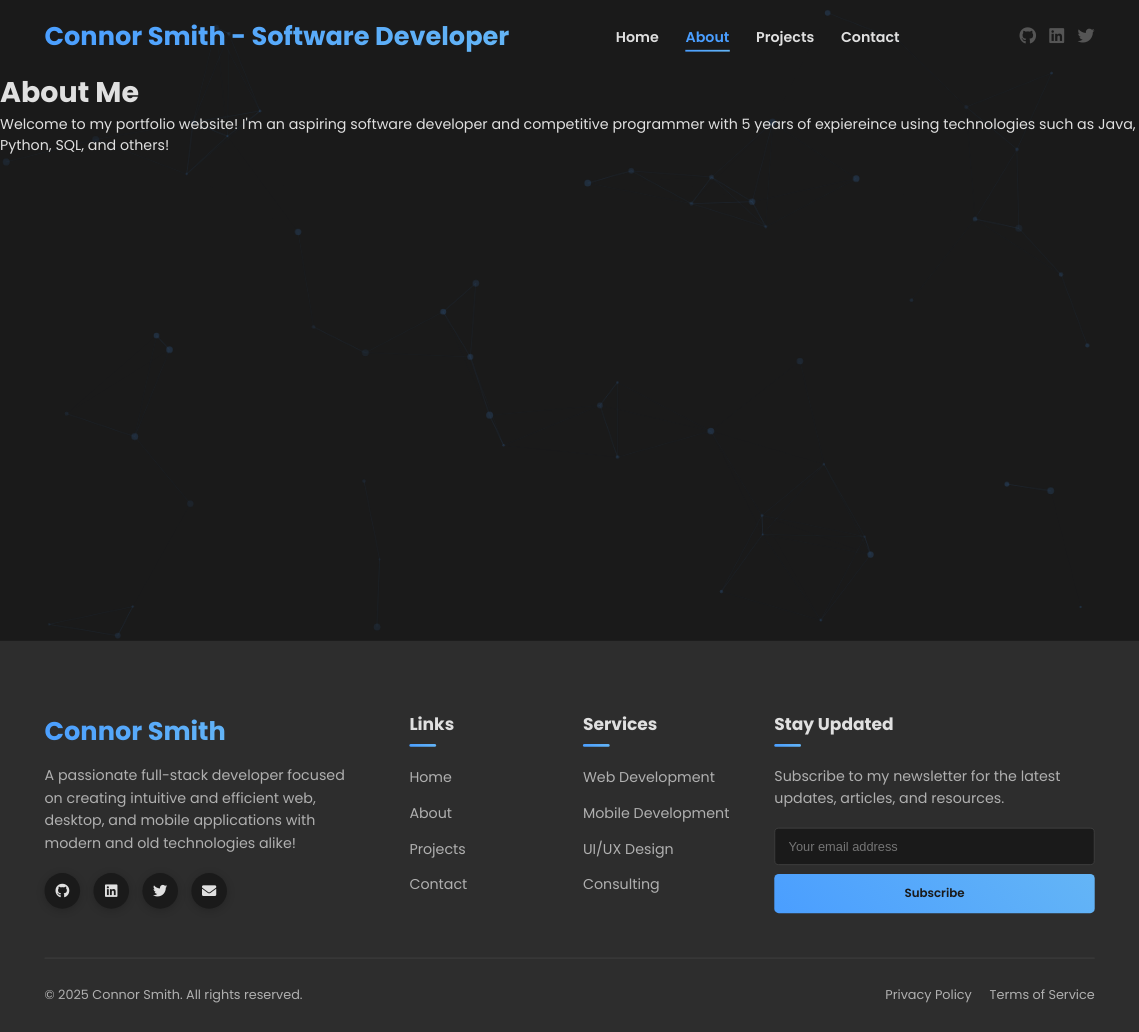
Repository: connorGS9/portfolio-website
Page: /about
These files come from the project's save history. The page is drawn as it stood at one moment and after the next save; the edit follows.
The browser window is 1280 px wide. The pictures show the whole page, at 89% of full size.
The project was rebuilt for these pictures with package versions that can differ from the ones it lists, and the page was loaded fresh each time. Also part of the build but not shown: src/styles/Home.css, src/pages/Home.jsx, src/pages/Projects.jsx, src/pages/Contact.jsx.

Above is the page before, as saved 2025-05-28 22:33:56.

### public/index.html
<!DOCTYPE html>
<html lang="en">
<head>
  <meta charset="UTF-8" />
  <meta name="viewport" content="width=device-width, initial-scale=1.0" />
  <meta name="description" content="Connor's personal portfolio website showcasing projects and development skills" />
  <title>Connor Smith | Portfolio</title>

  <!-- Font Awesome -->
  <link rel="stylesheet" href="https://cdnjs.cloudflare.com/ajax/libs/font-awesome/5.15.4/css/all.min.css" />

  <!-- Google Fonts -->
  <link rel="preconnect" href="https://fonts.googleapis.com">
  <link rel="preconnect" href="https://fonts.gstatic.com" crossorigin>
  <link href="https://fonts.googleapis.com/css2?family=Poppins:wght@300;400;500;600;700&display=swap" rel="stylesheet">
</head>
<body>
  <noscript>You need to enable JavaScript to run this app.</noscript>
  <div id="root"></div>
</body>
</html>

### src/app.jsx
import React, { useState, useEffect } from 'react';
import { BrowserRouter as Router, Routes, Route } from 'react-router-dom';
import Navbar from './components/Navbar';
import Home from './pages/Home';
import About from './pages/About';
import Projects from './pages/Projects';
import Contact from './pages/Contact';
import Footer from './components/Footer';
import AnimatedCursor from './components/AnimatedCursor';
import BackgroundAnimation from './components/BackgroundAnimation';
import './styles/App.css';

function App() {
  const [isLoading, setIsLoading] = useState(true);

  useEffect(() => {
    // Simulate loading time
    setTimeout(() => {
      setIsLoading(false);
    }, 1500);
  }, []);

  return (
    <Router>
      <div className="app">
        {isLoading ? (
          <div className="loader">
            <div className="loader-content">
              <div className="loader-circle"></div>
              <h2>Loading...</h2>
            </div>
          </div>
        ) : (
          <>
            <AnimatedCursor />
            <BackgroundAnimation />
            <Navbar />
            <main>
              <Routes>
                <Route path="/" element={<Home />} />
                <Route path="/about" element={<About />} />
                <Route path="/projects" element={<Projects />} />
                <Route path="/contact" element={<Contact />} />
              </Routes>
            </main>
            <Footer />
          </>
        )}
      </div>
    </Router>
  );
}

export default App;

### src/components/Navbar.jsx
import React, { useState, useEffect } from 'react';
import { Link, useLocation } from 'react-router-dom';
import '../styles/Navbar.css';

const Navbar = () => {
  const [isScrolled, setIsScrolled] = useState(false);
  const [isMenuOpen, setIsMenuOpen] = useState(false);
  const location = useLocation();

  useEffect(() => {
    const handleScroll = () => {
      if (window.scrollY > 50) {
        setIsScrolled(true);
      } else {
        setIsScrolled(false);
      }
    };

    window.addEventListener('scroll', handleScroll);

    return () => {
      window.removeEventListener('scroll', handleScroll);
    };
  }, []);

  // Close mobile menu when route changes
  useEffect(() => {
    setIsMenuOpen(false);
  }, [location]);

  return (
    <header className={`navbar ${isScrolled ? 'navbar--scrolled' : ''}`}>
      <div className="navbar__container">
        <Link to="/" className="navbar__logo">
          <span className="logo-text">Connor Smith - Software Developer</span>
        </Link>

        <button
          className={`navbar__toggle ${isMenuOpen ? 'active' : ''}`}
          onClick={() => setIsMenuOpen(!isMenuOpen)}
          aria-label="Toggle navigation menu"
        >
          <span className="toggle-bar"></span>
          <span className="toggle-bar"></span>
          <span className="toggle-bar"></span>
        </button>

        <nav className={`navbar__menu ${isMenuOpen ? 'navbar__menu--open' : ''}`}>
          <ul className="navbar__nav">
            <li className="navbar__nav-item">
              <Link
                to="/"
                className={`navbar__nav-link ${location.pathname === '/' ? 'active' : ''}`}
              >
                Home
              </Link>
            </li>
            <li className="navbar__nav-item">
              <Link
                to="/about"
                className={`navbar__nav-link ${location.pathname === '/about' ? 'active' : ''}`}
              >
                About
              </Link>
            </li>
            <li className="navbar__nav-item">
              <Link
                to="/projects"
                className={`navbar__nav-link ${location.pathname === '/projects' ? 'active' : ''}`}
              >
                Projects
              </Link>
            </li>
            <li className="navbar__nav-item">
              <Link
                to="/contact"
                className={`navbar__nav-link ${location.pathname === '/contact' ? 'active' : ''}`}
              >
                Contact
              </Link>
            </li>
          </ul>
        </nav>

        <div className="navbar__social">
          <a
            href="https://github.com/connorGS9"
            target="_blank"
            rel="noopener noreferrer"
            className="social-link"
            aria-label="GitHub Profile"
          >
            <i className="fab fa-github"></i>
          </a>
          <a
            href="https://www.linkedin.com/in/connor-smith-6857b22b5/"
            target="_blank"
            rel="noopener noreferrer"
            className="social-link"
            aria-label="LinkedIn Profile"
          >
            <i className="fab fa-linkedin"></i>
          </a>
          <a
            href="https://x.com/CS2355324"
            target="_blank"
            rel="noopener noreferrer"
            className="social-link"
            aria-label="X Profile"
          >
            <i className="fab fa-twitter"></i>
          </a>
        </div>
      </div>
    </header>
  );
};

export default Navbar;

### src/pages/About.jsx
import React from 'react';

const About = () => {
  return (
    <div className="about-page">
      <h1>About Me</h1>
      <p>Welcome to my portfolio website! I'm an aspiring software developer and competitive programmer with 5 years of expiereince using technologies such as Java, Python, SQL, and others!</p>
    </div>
  );
};

export default About;

### src/components/AnimatedCursor.jsx
import React, { useEffect, useState, useRef } from 'react';
import '../styles/AnimatedCursor.css';

const AnimatedCursor = () => {
  const cursorRef = useRef(null);
  const cursorDotRef = useRef(null);
  const [isVisible, setIsVisible] = useState(false);
  const [isClicked, setIsClicked] = useState(false);
  const [isLinkHovered, setIsLinkHovered] = useState(false);

  useEffect(() => {
    const cursor = cursorRef.current;
    const cursorDot = cursorDotRef.current;

    if (!cursor || !cursorDot) return;

    const onMouseMove = (e) => {
      const clientX = e.clientX;
      const clientY = e.clientY;

      // Position the outer cursor with a slight delay for the trailing effect
      const setPos = () => {
        cursor.style.transform = `translate3d(${clientX}px, ${clientY}px, 0)`;
      };

      // Position the inner dot immediately
      cursorDot.style.transform = `translate3d(${clientX}px, ${clientY}px, 0)`;

      requestAnimationFrame(setPos);

      if (!isVisible) {
        setIsVisible(true);
        cursor.style.opacity = 1;
        cursorDot.style.opacity = 1;
      }
    };

    const onMouseDown = () => {
      setIsClicked(true);
    };

    const onMouseUp = () => {
      setIsClicked(false);
    };

    const onMouseLeave = () => {
      setIsVisible(false);
      cursor.style.opacity = 0;
      cursorDot.style.opacity = 0;
    };

    // Check for interactive elements
    const handleLinkHover = () => {
      setIsLinkHovered(true);
    };

    const handleLinkLeave = () => {
      setIsLinkHovered(false);
    };

    // Add event listeners to links, buttons, and other interactive elements
    const interactiveElements = document.querySelectorAll('a, button, input, textarea, select, [role="button"]');

    interactiveElements.forEach(el => {
      el.addEventListener('mouseenter', handleLinkHover);
      el.addEventListener('mouseleave', handleLinkLeave);
    });

    // Add general mouse event listeners
    document.addEventListener('mousemove', onMouseMove);
    document.addEventListener('mousedown', onMouseDown);
    document.addEventListener('mouseup', onMouseUp);
    document.addEventListener('mouseleave', onMouseLeave);

    // Cleanup
    return () => {
      document.removeEventListener('mousemove', onMouseMove);
      document.removeEventListener('mousedown', onMouseDown);
      document.removeEventListener('mouseup', onMouseUp);
      document.removeEventListener('mouseleave', onMouseLeave);

      interactiveElements.forEach(el => {
        el.removeEventListener('mouseenter', handleLinkHover);
        el.removeEventListener('mouseleave', handleLinkLeave);
      });
    };
  }, [isVisible, isClicked, isLinkHovered]);

  return (
    <>
      <div
        ref={cursorRef}
        className={`cursor ${isClicked ? 'cursor--clicked' : ''} ${isLinkHovered ? 'cursor--link-hovered' : ''}`}
      />
      <div
        ref={cursorDotRef}
        className={`cursor-dot ${isClicked ? 'cursor-dot--clicked' : ''} ${isLinkHovered ? 'cursor-dot--link-hovered' : ''}`}
      />
    </>
  );
};

export default AnimatedCursor;

### src/components/BackgroundAnimation.jsx
import React, { useEffect, useRef } from 'react';
import '../styles/BackgroundAnimation.css';

const BackgroundAnimation = () => {
  const canvasRef = useRef(null);

  useEffect(() => {
    const canvas = canvasRef.current;
    const ctx = canvas.getContext('2d');
    let animationFrameId;
    let particles = [];

    // Particle class
    class Particle {
      constructor() {
        this.x = Math.random() * canvas.width;
        this.y = Math.random() * canvas.height;
        this.size = Math.random() * 3 + 1;
        this.speedX = Math.random() * 0.5 - 0.25;
        this.speedY = Math.random() * 0.5 - 0.25;
        this.color = `rgba(74, 158, 255, ${Math.random() * 0.2 + 0.1})`;
      }

      update() {
        this.x += this.speedX;
        this.y += this.speedY;

        if (this.x < 0 || this.x > canvas.width) this.speedX *= -1;
        if (this.y < 0 || this.y > canvas.height) this.speedY *= -1;
      }

      draw() {
        ctx.fillStyle = this.color;
        ctx.beginPath();
        ctx.arc(this.x, this.y, this.size, 0, Math.PI * 2);
        ctx.fill();
      }
    }

    // Set canvas dimensions
    const resizeCanvas = () => {
      canvas.width = window.innerWidth;
      canvas.height = window.innerHeight;
      initParticles();
    };

    window.addEventListener('resize', resizeCanvas);
    resizeCanvas();

    // Initialize particles
    function initParticles() {
      particles = [];
      const particleCount = Math.floor((canvas.width * canvas.height) / 15000);

      for (let i = 0; i < particleCount; i++) {
        particles.push(new Particle());
      }
    }

    // Connect particles with lines
    function connectParticles() {
      const maxDistance = 150;

      for (let i = 0; i < particles.length; i++) {
        for (let j = i; j < particles.length; j++) {
          const dx = particles[i].x - particles[j].x;
          const dy = particles[i].y - particles[j].y;
          const distance = Math.sqrt(dx * dx + dy * dy);

          if (distance < maxDistance) {
            const opacity = 1 - (distance / maxDistance);
            ctx.strokeStyle = `rgba(74, 158, 255, ${opacity * 0.2})`;
            ctx.lineWidth = 1;
            ctx.beginPath();
            ctx.moveTo(particles[i].x, particles[i].y);
            ctx.lineTo(particles[j].x, particles[j].y);
            ctx.stroke();
          }
        }
      }
    }

    // Animation loop
    function animate() {
      ctx.clearRect(0, 0, canvas.width, canvas.height);

      for (let i = 0; i < particles.length; i++) {
        particles[i].update();
        particles[i].draw();
      }

      connectParticles();
      animationFrameId = requestAnimationFrame(animate);
    }

    animate();

    // Cleanup
    return () => {
      window.removeEventListener('resize', resizeCanvas);
      cancelAnimationFrame(animationFrameId);
    };
  }, []);

  return (
    <div className="background-animation">
      <canvas ref={canvasRef}></canvas>
    </div>
  );
};

export default BackgroundAnimation;

### src/styles/App.css
@import url('https://fonts.googleapis.com/css2?family=Poppins:wght@300;400;500;600;700&display=swap');
@import url('https://cdnjs.cloudflare.com/ajax/libs/font-awesome/5.15.4/css/all.min.css');

:root {
  --primary-color: #4a9eff;
  --secondary-color: #64b5f6;
  --dark-color: #1a1a1a;
  --light-color: #2d2d2d;
  --text-color: #e0e0e0;
  --light-text-color: #b0b0b0;
  --border-color: #404040;
  --box-shadow: 0 5px 20px rgba(0, 0, 0, 0.3);
  --transition: all 0.3s ease;
}

* {
  margin: 0;
  padding: 0;
  box-sizing: border-box;
}

html {
  scroll-behavior: smooth;
}

body {
  font-family: 'Poppins', sans-serif;
  color: var(--text-color);
  line-height: 1.5;
  background-color: var(--dark-color);
  overflow-x: hidden;
}

a {
  text-decoration: none;
  color: inherit;
}

img {
  max-width: 100%;
  height: auto;
}

button {
  cursor: pointer;
  font-family: inherit;
}

/* Common classes */
.section {
  padding: 100px 10%;
}

.container {
  max-width: 1400px;
  margin: 0 auto;
  padding: 0 50px;
}

.gradient-text {
  background: linear-gradient(120deg, var(--primary-color), var(--secondary-color));
  background-clip: text;
  -webkit-background-clip: text;
  -webkit-text-fill-color: transparent;
  color: transparent;
}

.gradient-bg {
  background: linear-gradient(45deg, var(--primary-color), var(--secondary-color));
}

.btn {
  display: inline-block;
  padding: 12px 30px;
  border-radius: 30px;
  font-weight: 600;
  text-decoration: none;
  transition: var(--transition);
  position: relative;
  overflow: hidden;
  z-index: 1;
}

.btn-primary {
  background: linear-gradient(45deg, var(--primary-color), var(--secondary-color));
  color: white;
  box-shadow: 0 5px 15px rgba(110, 114, 252, 0.4);
}

.btn-secondary {
  background: transparent;
  color: var(--dark-color);
  border: 2px solid var(--primary-color);
}

.btn:hover {
  transform: translateY(-3px);
  box-shadow: 0 8px 20px rgba(0, 0, 0, 0.2);
}

.btn-primary:hover {
  background: linear-gradient(45deg, #5a5cfa, #9b19d9);
}

.btn-secondary:hover {
  background: rgba(110, 114, 252, 0.1);
}

/* Loading Animation */
.loader {
  position: fixed;
  top: 0;
  left: 0;
  width: 100%;
  height: 100%;
  background-color: var(--dark-color);
  display: flex;
  justify-content: center;
  align-items: center;
  z-index: 1000;
}

.loader-content {
  display: flex;
  flex-direction: column;
  align-items: center;
}

.loader-circle {
  width: 60px;
  height: 60px;
  border: 4px solid var(--light-color);
  border-top: 4px solid var(--primary-color);
  border-radius: 50%;
  animation: spin 1s linear infinite;
  margin-bottom: 20px;
}

@keyframes spin {
  0% { transform: rotate(0deg); }
  100% { transform: rotate(360deg); }
}

.loader h2 {
  color: var(--primary-color);
  font-size: 1.5rem;
  font-weight: 500;
}

/* Main Content Styles */
main {
  min-height: 100vh;
  padding-top: 80px; /* For fixed navbar */
}

/* Responsive Styles */
@media (max-width: 992px) {
  .container {
    padding: 0 30px;
  }

  .section {
    padding: 80px 5%;
  }
}

@media (max-width: 768px) {
  .container {
    padding: 0 20px;
  }

  .section {
    padding: 60px 5%;
  }

  .btn {
    padding: 10px 25px;
  }
}

@media (max-width: 480px) {
  .section {
    padding: 50px 5%;
  }

  h1, h2, h3 {
    font-size: 90%;
  }

  .btn {
    padding: 8px 20px;
    font-size: 0.9rem;
  }
}

### src/styles/AnimatedCursor.css
body {
    cursor: none;
  }

  /* But keep default cursor on touch devices */
  @media (pointer: coarse) {
    body {
      cursor: auto;
    }

    .cursor, .cursor-dot {
      display: none;
    }
  }

  /* Custom cursor styles */
  .cursor {
    position: fixed;
    width: 40px;
    height: 40px;
    pointer-events: none;
    z-index: 999;
    opacity: 0;
    mix-blend-mode: difference;
  }

  .cursor::before,
  .cursor::after {
    content: '';
    position: absolute;
    background-color: #4a9eff;
    opacity: 0.8;
  }

  .cursor::before {
    width: 2px;
    height: 20px;
    left: 50%;
    top: 50%;
    transform: translate(-50%, -50%);
  }

  .cursor::after {
    width: 20px;
    height: 2px;
    left: 50%;
    top: 50%;
    transform: translate(-50%, -50%);
  }


  /* Cursor states */
  .cursor--clicked::before,
  .cursor--clicked::after {
    opacity: 0.5;
    transform: translate(-50%, -50%) scale(0.8);
  }

  .cursor--link-hovered::before,
  .cursor--link-hovered::after {
    opacity: 1;
    transform: translate(-50%, -50%) scale(1.2);
  }

### src/styles/BackgroundAnimation.css
.background-animation {
    position: fixed;
    top: 0;
    left: 0;
    width: 100%;
    height: 100%;
    z-index: -1;
    opacity: 0.6;
  }

  .background-animation canvas {
    display: block;
  }

Loaded but not shown: src/index.js (10 lines, source omitted); src/styles/Footer.css (254 lines, source omitted); src/components/Footer.jsx (106 lines, source omitted); src/styles/Navbar.css (204 lines, source omitted)

After the next save:
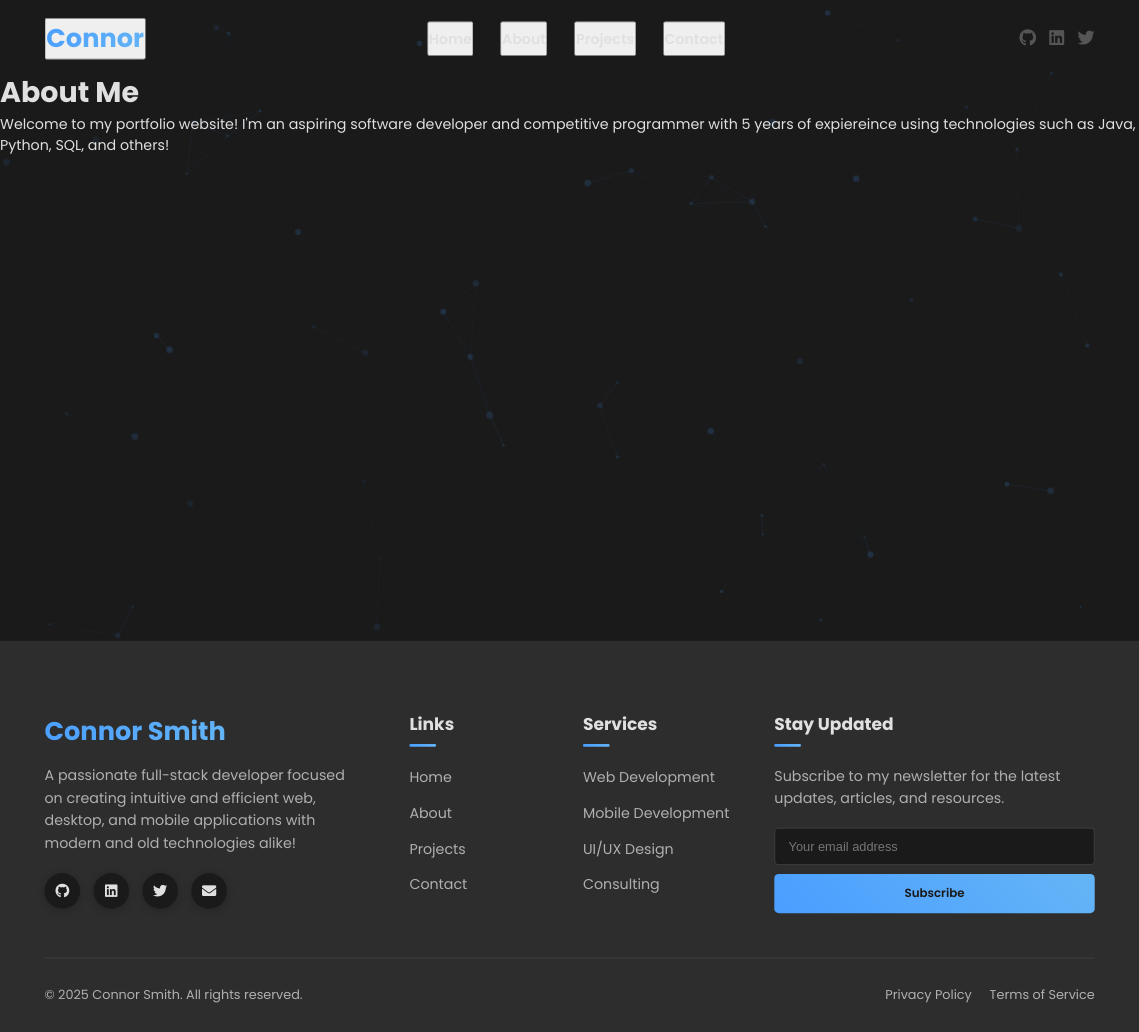
Saved 16 s later.
--- a/src/components/Navbar.jsx
+++ b/src/components/Navbar.jsx
@@ -1,39 +1,41 @@
 import React, { useState, useEffect } from 'react';
-import { Link, useLocation } from 'react-router-dom';
 import '../styles/Navbar.css';
 
 const Navbar = () => {
+  const [isMenuOpen, setIsMenuOpen] = useState(false);
   const [isScrolled, setIsScrolled] = useState(false);
-  const [isMenuOpen, setIsMenuOpen] = useState(false);
-  const location = useLocation();
 
   useEffect(() => {
     const handleScroll = () => {
-      if (window.scrollY > 50) {
-        setIsScrolled(true);
-      } else {
-        setIsScrolled(false);
-      }
+      setIsScrolled(window.scrollY > 50);
     };
 
     window.addEventListener('scroll', handleScroll);
-
-    return () => {
-      window.removeEventListener('scroll', handleScroll);
-    };
+    return () => window.removeEventListener('scroll', handleScroll);
   }, []);
 
-  // Close mobile menu when route changes
-  useEffect(() => {
+  const scrollToSection = (sectionId) => {
+    const element = document.getElementById(sectionId);
+    if (element) {
+      element.scrollIntoView({ behavior: 'smooth' });
+      setIsMenuOpen(false);
+    }
+  };
+
+  const handleHomeClick = () => {
+    window.scrollTo({ top: 0, behavior: 'smooth' });
     setIsMenuOpen(false);
-  }, [location]);
+  };
 
   return (
     <header className={`navbar ${isScrolled ? 'navbar--scrolled' : ''}`}>
       <div className="navbar__container">
-        <Link to="/" className="navbar__logo">
-          <span className="logo-text">Connor Smith - Software Developer</span>
-        </Link>
+        <button
+          onClick={handleHomeClick}
+          className="navbar__logo"
+        >
+          <span className="logo-text">Connor</span>
+        </button>
 
         <button
           className={`navbar__toggle ${isMenuOpen ? 'active' : ''}`}
@@ -48,43 +50,43 @@ const Navbar = () => {
         <nav className={`navbar__menu ${isMenuOpen ? 'navbar__menu--open' : ''}`}>
           <ul className="navbar__nav">
             <li className="navbar__nav-item">
-              <Link
-                to="/"
-                className={`navbar__nav-link ${location.pathname === '/' ? 'active' : ''}`}
+              <button
+                onClick={handleHomeClick}
+                className="navbar__nav-link"
               >
                 Home
-              </Link>
+              </button>
             </li>
             <li className="navbar__nav-item">
-              <Link
-                to="/about"
-                className={`navbar__nav-link ${location.pathname === '/about' ? 'active' : ''}`}
+              <button
+                onClick={() => scrollToSection('about')}
+                className="navbar__nav-link"
               >
                 About
-              </Link>
+              </button>
             </li>
             <li className="navbar__nav-item">
-              <Link
-                to="/projects"
-                className={`navbar__nav-link ${location.pathname === '/projects' ? 'active' : ''}`}
+              <button
+                onClick={() => scrollToSection('projects')}
+                className="navbar__nav-link"
               >
                 Projects
-              </Link>
+              </button>
             </li>
             <li className="navbar__nav-item">
-              <Link
-                to="/contact"
-                className={`navbar__nav-link ${location.pathname === '/contact' ? 'active' : ''}`}
+              <button
+                onClick={() => scrollToSection('contact')}
+                className="navbar__nav-link"
               >
                 Contact
-              </Link>
+              </button>
             </li>
           </ul>
         </nav>
 
         <div className="navbar__social">
           <a
-            href="https://github.com/connorGS9"
+            href="https://github.com/yourusername"
             target="_blank"
             rel="noopener noreferrer"
             className="social-link"
@@ -93,7 +95,7 @@ const Navbar = () => {
             <i className="fab fa-github"></i>
           </a>
           <a
-            href="https://www.linkedin.com/in/connor-smith-6857b22b5/"
+            href="https://linkedin.com/in/yourusername"
             target="_blank"
             rel="noopener noreferrer"
             className="social-link"
@@ -102,11 +104,11 @@ const Navbar = () => {
             <i className="fab fa-linkedin"></i>
           </a>
           <a
-            href="https://x.com/CS2355324"
+            href="https://twitter.com/yourusername"
             target="_blank"
             rel="noopener noreferrer"
             className="social-link"
-            aria-label="X Profile"
+            aria-label="Twitter Profile"
           >
             <i className="fab fa-twitter"></i>
           </a>
